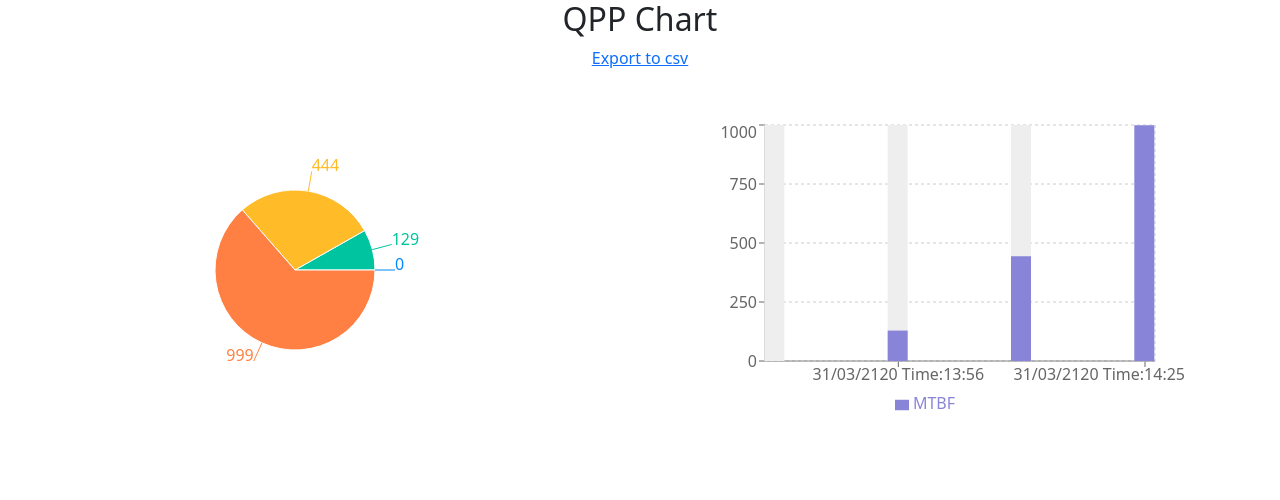
Repository: exiled-kal/ReactChartPrac
Page: /
An editor plug-in stored every save of this project. The page is shown before and after a run of saves, followed by the edit.
The browser window is 1280 px wide. The pictures show the whole page.
The project was rebuilt for these pictures with package versions that can differ from the ones it lists, and the page was loaded fresh each time.

Above is the page before, as saved 2021-04-18 15:44:23.

### src/App.js
import './App.css';
import {CSVLink} from 'react-csv';

import {
  PieChart,
  Pie,
  Tooltip,
  BarChart,
  Bar,
  XAxis,
  YAxis,
  CartesianGrid,
  Legend,
  Cell,
} from 'recharts';

const data = [
  {
    StartDateTime: '31/03/2120 Time:09:24',
    SystemUpTime: 6,
    OperationTime: 0,
    DownTime: 0,
    IdleTime: 0,
    MTBF: 0,
    MTBA: 0,
    TotalQuantityIn: 0,
    TotalQuantityOut: 0,
    TotalPassed: 0,
    TotalFailed: 0,
    TotalYield: 0,
    SoftJam: 0,
    HardJam: 0,
    SprintUPH: 514,
  },
  {
    LotID: 'QPP_Test',
    ProductType: 'RB',
    StartDateTime: '31/03/2120 Time:13:56',
    SystemUpTime: 499,
    OperationTime: 129,
    DownTime: 0,
    IdleTime: 364,
    MTBF: 129,
    MTBA: 129,
    TotalQuantityIn: 33,
    TotalQuantityOut: 12,
    TotalPassed: 2,
    TotalFailed: 10,
    TotalYield: 16,
    SoftJam: 0,
    HardJam: 0,
    SprintUPH: 514,
  },
  {
    LotID: 'QPP_Test',
    ProductType: 'RB',
    StartDateTime: '31/03/2120 Time:14:10',
    SystemUpTime: 1481,
    OperationTime: 444,
    DownTime: 0,
    IdleTime: 1028,
    MTBF: 444,
    MTBA: 444,
    TotalQuantityIn: 33,
    TotalQuantityOut: 28,
    TotalPassed: 4,
    TotalFailed: 24,
    TotalYield: 14,
    SoftJam: 0,
    HardJam: 0,
    SprintUPH: 514,
  },
  {
    LotID: 'QPP_Test',
    ProductType: 'RB',
    StartDateTime: '31/03/2120 Time:14:25',
    SystemUpTime: 2680,
    OperationTime: 999,
    DownTime: 0,
    IdleTime: 1581,
    MTBF: 999,
    MTBA: 999,
    TotalQuantityIn: 33,
    TotalQuantityOut: 170,
    TotalPassed: 61,
    TotalFailed: 109,
    TotalYield: 35,
    SoftJam: 0,
    HardJam: 0,
    SprintUPH: 514,
  },
];
const COLORS = ['#0088FE', '#00C49F', '#FFBB28', '#FF8042', '#ff0000'];

const csvReport = {
  filename: './data/data.csv',
  data: data,
};

function App() {
  return (
    <div style={{textAlign: 'center'}}>
      <h2>QPP Chart</h2>
      <CSVLink {...csvReport}>Export to csv</CSVLink>
      <br />
      <div className="App">
        <PieChart width={400} height={400}>
          <Pie
            dataKey="MTBF"
            isAnimationActive={true}
            data={data}
            cx="50%"
            cy="50%"
            outerRadius={80}
            fill="#8884d8"
            label="Start Date Time"
          >
            {data.map((entry, index) => (
              <Cell
                key={`cell-${index}`}
                fill={COLORS[index % COLORS.length]}
              />
            ))}
          </Pie>
          <Tooltip />
        </PieChart>
        <BarChart
          width={500}
          height={300}
          data={data}
          margin={{
            top: 5,
            right: 30,
            left: 20,
            bottom: 5,
          }}
          barSize={20}
        >
          <XAxis
            dataKey="StartDateTime"
            scale="point"
            padding={{left: 10, right: 10}}
          />
          Start Date Time
          <YAxis />
          <Tooltip />
          <Legend />
          <CartesianGrid strokeDasharray="3 3" />
          <Bar dataKey="MTBF" fill="#8884d8" background={{fill: '#eee'}} />
        </BarChart>
      </div>
    </div>
  );
}

export default App;

### src/App.css
.App {
  text-align: center;
  display: flex;
  justify-content: space-around;
  align-items: center;
}

Loaded but not shown: public/index.html (common file); src/index.js (common file); src/index.css (common file); src/reportWebVitals.js (common file)

After the next 2 saves:
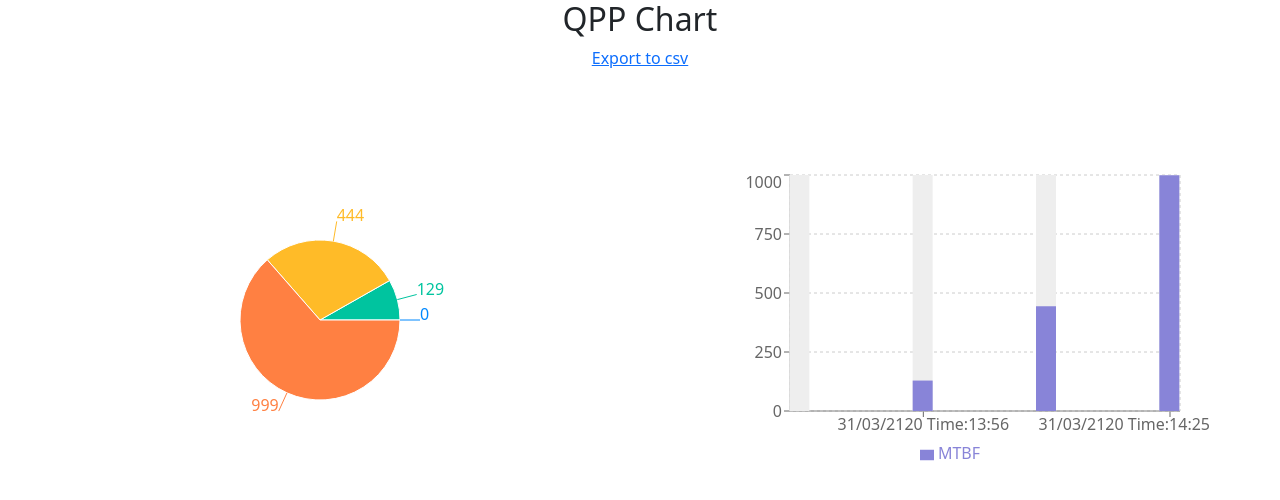
The 2 saves are shown as one change because they came seconds apart.
The last was saved 47 s later.
--- a/src/App.js
+++ b/src/App.js
@@ -104,7 +104,7 @@ function App() {
       <CSVLink {...csvReport}>Export to csv</CSVLink>
       <br />
       <div className="App">
-        <PieChart width={400} height={400}>
+        <PieChart width={500} height={500}>
           <Pie
             dataKey="MTBF"
             isAnimationActive={true}
